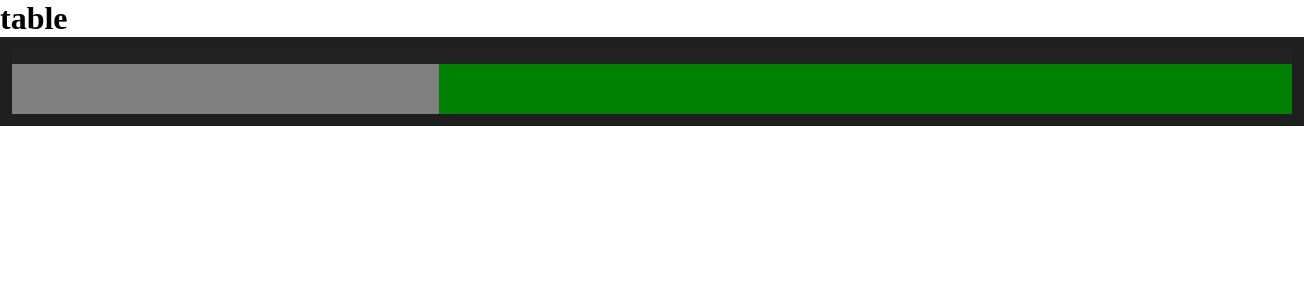
Repository: wangxinjun08231116/Html5Views
Page: WangXinJun/WebContent/table.html
An editor plug-in stored every save of this project. The page is shown before and after the next save, followed by the edit.
The browser window is 1280 px wide. The page is 1304 px wide, so the pictures cover 1304 px, including what lies to the right of the window. The pictures show the whole page.

Above is the page before, as saved 2015-01-30 03:43:38.

After the next save:
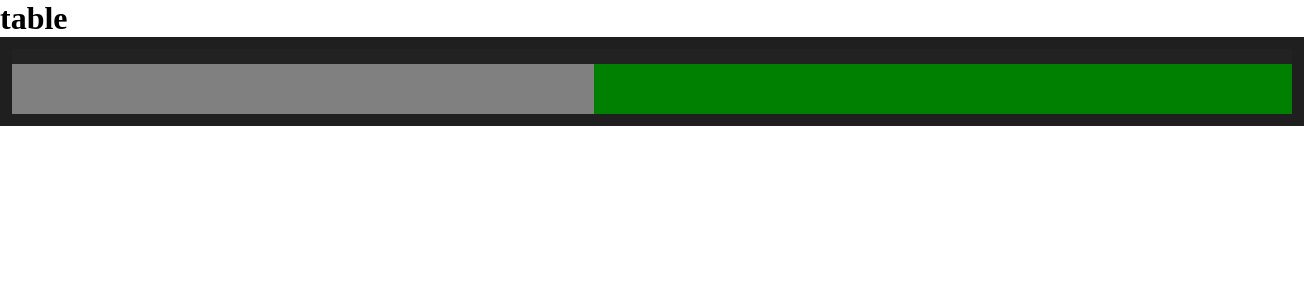
Saved 26 s later.
--- a/WangXinJun/WebContent/table.html
+++ b/WangXinJun/WebContent/table.html
@@ -12,8 +12,8 @@
 		<table class="realnamereg">
 		<tbody>
 		<tr style="height: 50px;">
-		<td style="vertical-align: middle; width: 10%;background-color: gray;">
-		<td style="vertical-align: middle; width: 20%;background-color: green;" colspan="2">
+		<td style="vertical-align: middle; width: 5%;background-color: gray;">
+		<td style="vertical-align: middle; width: 6%;background-color: green;" colspan="2">
 <!-- 			<input id="phone_num" type="text" placeholder="输入客户号码" style="margin-top: 5px;">
  -->
  		</td>
